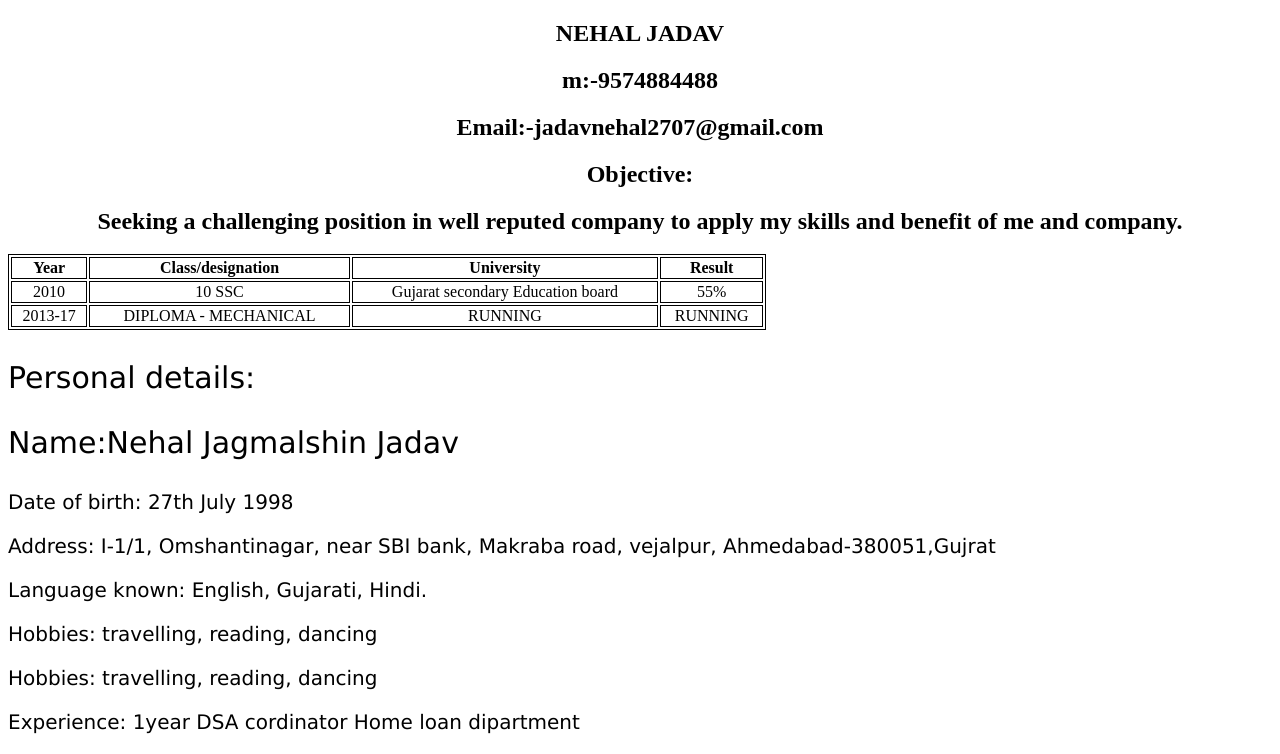
Repository: pratixa-chauhan/practice
Page: resume.html
These files come from the project's save history. The page is drawn as it stood at one moment and after the next save; the edit follows.
The browser window is 1280 px wide. The pictures show the whole page.

Above is the page before, as saved 2021-12-21 11:46:39.

After the next save:
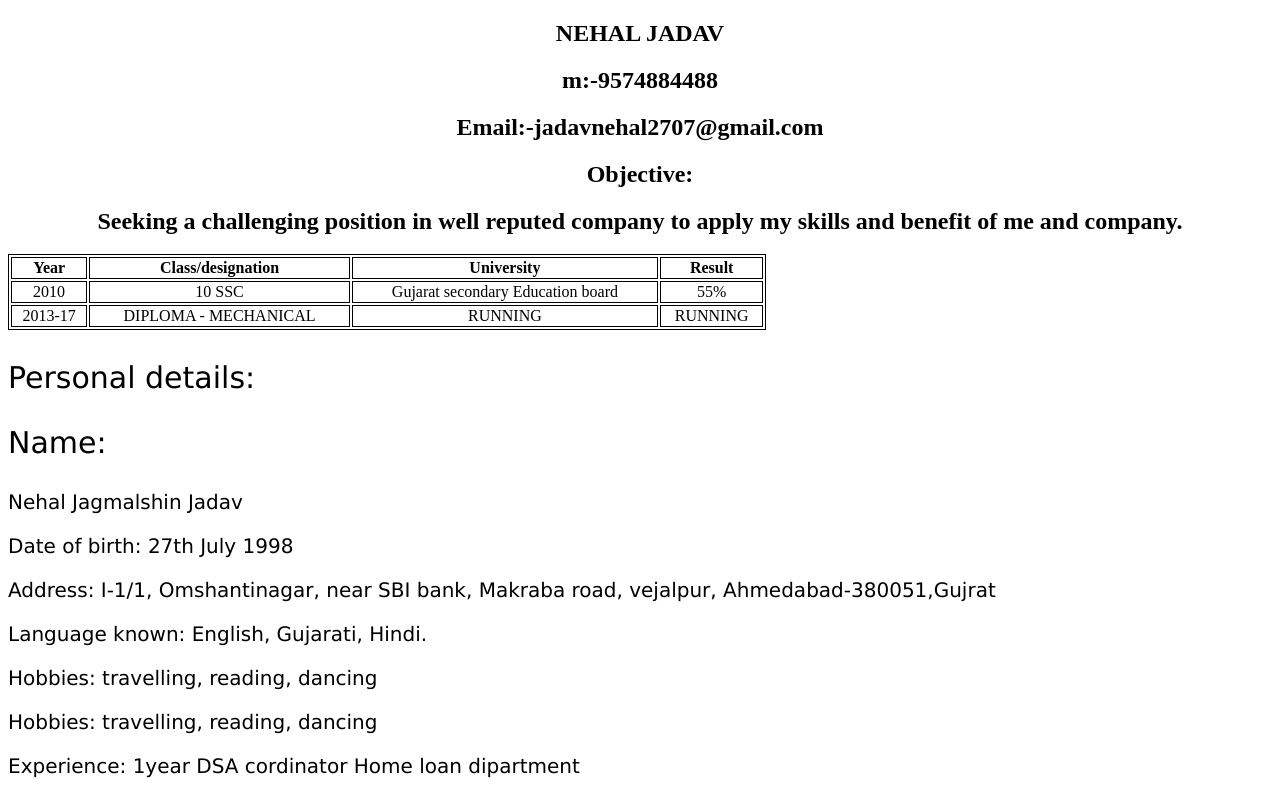
Saved 107 s later.
--- a/resume.html
+++ b/resume.html
@@ -64,14 +64,17 @@
   text-align: left;
   color: black;
   font-size: 30px;
-  font-display: bold on first word;
+
+  }
+
           </style>
                     <body>
         <p id="para1">Personal details:
         </p>
 
-        <p id="para1"> Name:Nehal Jagmalshin Jadav
+        <p id="para1"> Name:
         </p>
+        <p> Nehal Jagmalshin Jadav</p>
 
 
         <p>Date of birth: 27th July 1998
